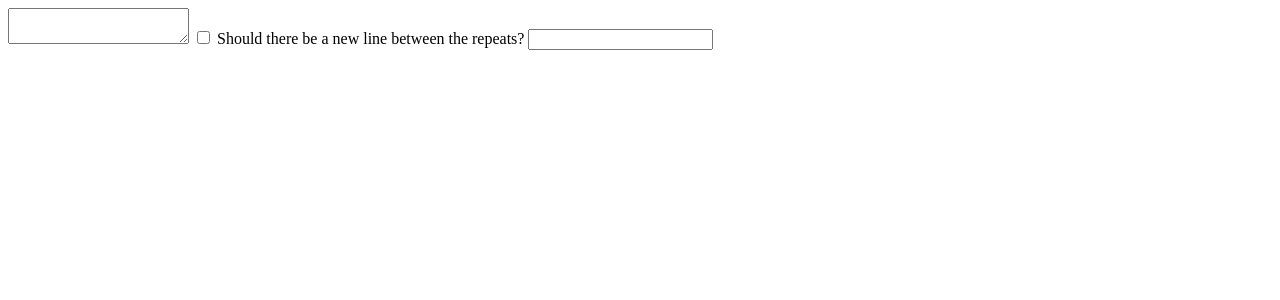
Repository: klothius/Online-string-repeater-with-numbers
Page: _layouts/default.html
The author's editor kept a copy of each file at every save. The page is drawn from the files as they stood at one save, then again after the next save.
The browser window is 1280 px wide. The pictures show the whole page.

Above is the page before, as saved 2019-05-10 07:11:41.

### _layouts/default.html
<div class="container">
    <textarea class="input"></textarea>
    <label>
      <input type="checkbox" class="add-newline">
      Should there be a new line between the repeats?
    </label>
    <input type="text" class="repeat-number">
</div>
<script>
function doWork () {
  let input = document.querySelector('textarea.input').textContent;
  let shouldAddNewLine = document.querySelector('.add-newline').checked;
  let repeatNumber = document.querySelector('.repeat-number').value;
  let output = input;
  for (let i = 1; i <= repeatNumber; i++) {
    if (shouldAddNewLine) {
      output += '\n';
    }
    output += input.replace('{n}', i);
  }
  document.querySelector('textarea.output').value = output;
}
</script>

After the next save:
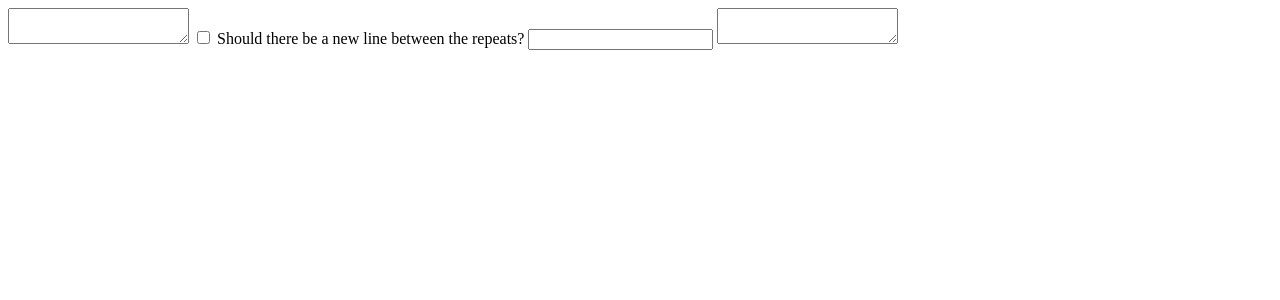
Saved 1 s later.
--- a/_layouts/default.html
+++ b/_layouts/default.html
@@ -5,6 +5,7 @@
       Should there be a new line between the repeats?
     </label>
     <input type="text" class="repeat-number">
+    <textarea class="output"></textarea>
 </div>
 <script>
 function doWork () {
